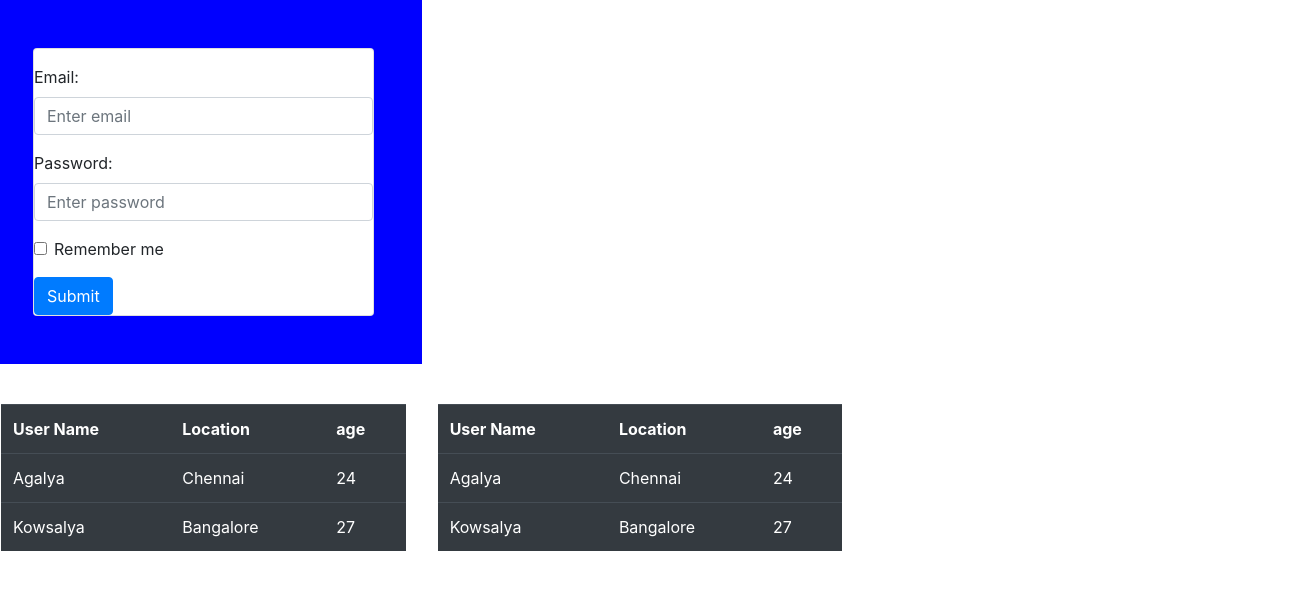
Repository: rajeshkannane/java1
Page: Form/public/index.html
An editor plug-in stored every save of this project. The page is shown before and after the next save, followed by the edit.
The browser window is 1280 px wide. The page is 1295 px wide, so the pictures cover 1295 px, including what lies to the right of the window. The pictures show the whole page.

Above is the page before, as saved 2022-11-14 17:18:33.

After the next save:
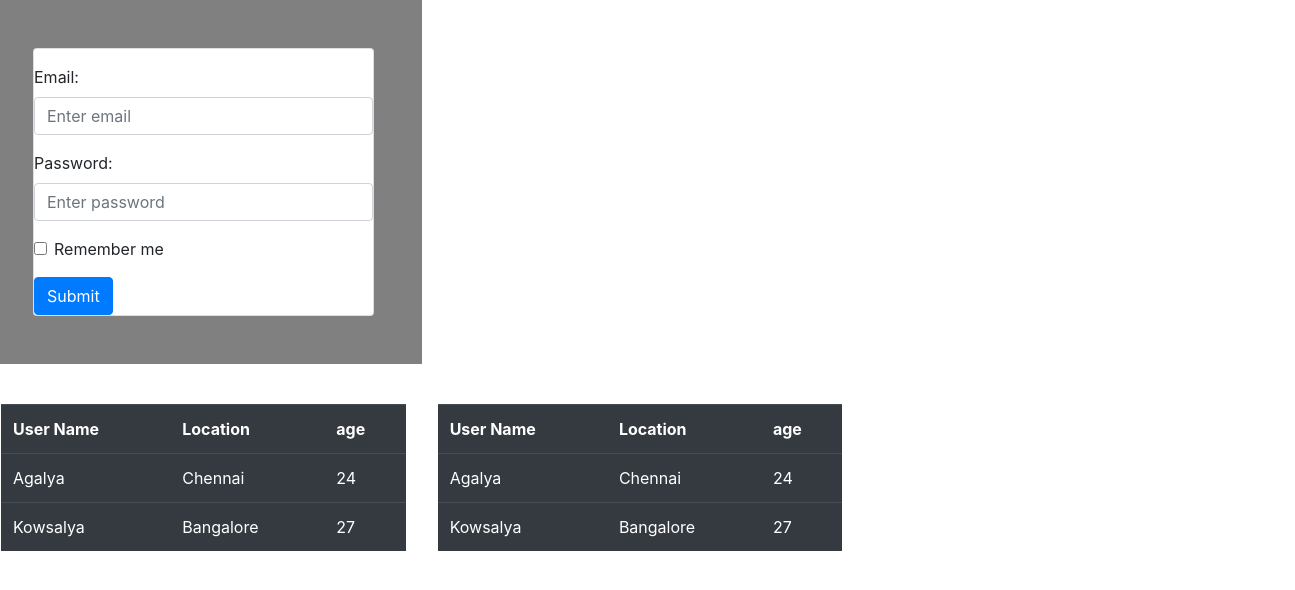
Saved 11 s later.
--- a/Form/public/index.html
+++ b/Form/public/index.html
@@ -9,7 +9,7 @@
 
 <body>
 <div class="row" >
-<div class="col-sm-4 p-5" style="border-width:10; background-color: blue" >
+<div class="col-sm-4 p-5" style="border-width:10; background-color: gray" >
 <div class="card">
 <form action="/nextPages.html">
   <div class="mb-3 mt-3">
